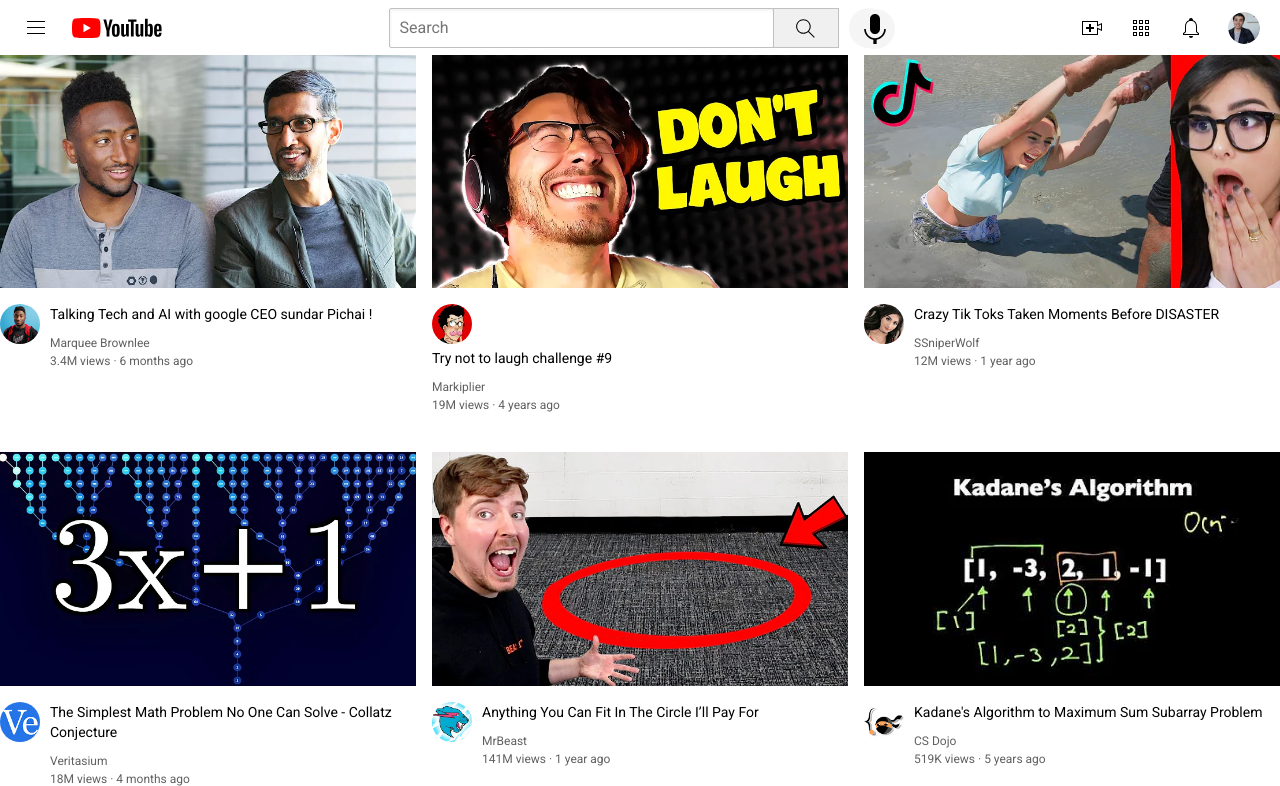
Repository: knowledgeAlan/html-css-thirteen
Page: youtube.html
These files come from the project's save history. The page is drawn as it stood at one moment and after the next save; the edit follows.
The browser window is 1280 px wide. The pictures show the whole page.

Above is the page before, as saved 2024-03-19 18:25:11.

After the next save:
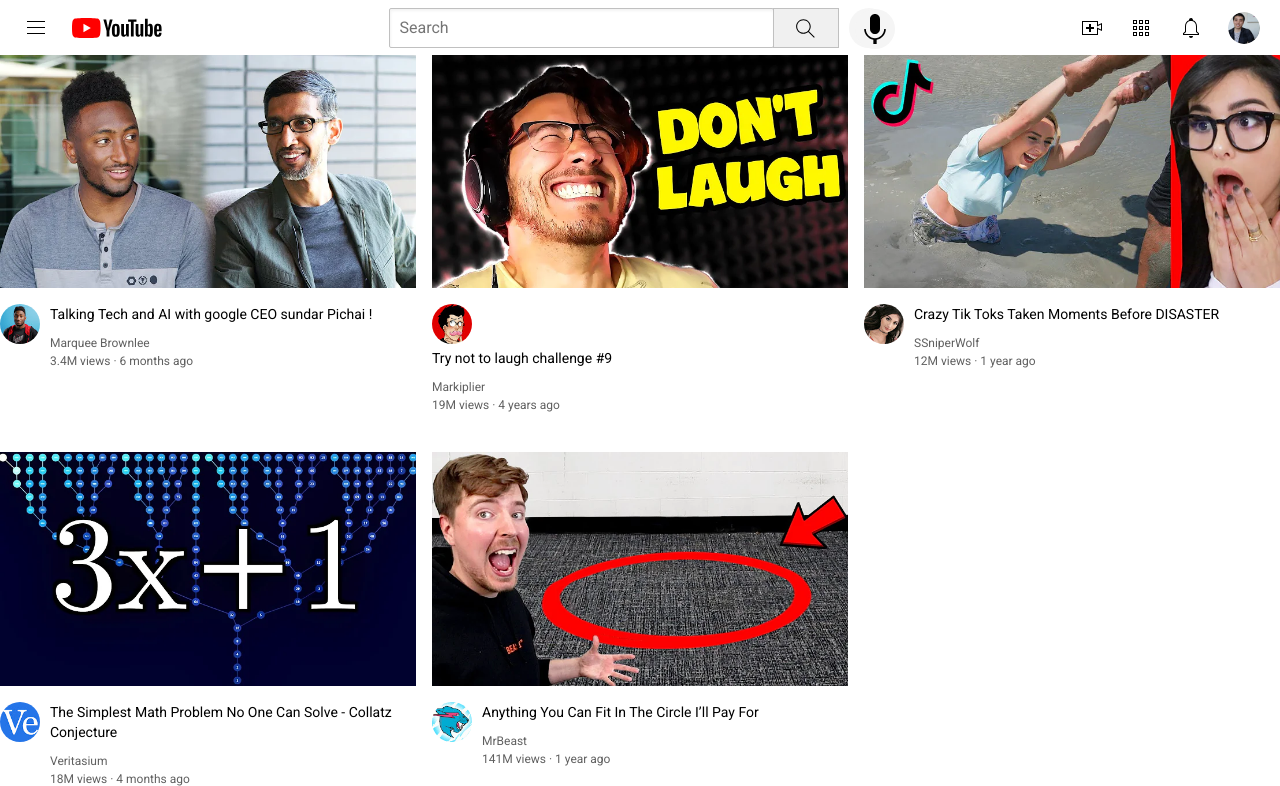
Saved 25 s later.
--- a/youtube.html
+++ b/youtube.html
@@ -189,35 +189,7 @@
                 </div>
 
             </div>
-            <div class="video-preview">
-                <div class="thumbnail-row">
-                    <img class="thumbnail" src="thumbnails/thumbnail-5.webp">
-                </div>
-
-
-
-                    <div class="video-info-grid">
-                        <div class="channel-picture">
-                            <img class="profile-picture" src="channel-pictures/channel-5.jpeg">
-                        </div>
-
-                        <div class="video-info">
-
-                            <p class="video-title">
-                                Kadane's Algorithm to Maximum Sum Subarray Problem
-                            </p>
-
-                            <p class="video-author">
-                                CS Dojo
-                            </p>
-
-                            <p class="video-stats">
-                                519K views &#183; 5 years ago
-                            </p>
-                        <div>
-
-              </div>
-            </div>
+
 
 
 

After the save that followed:
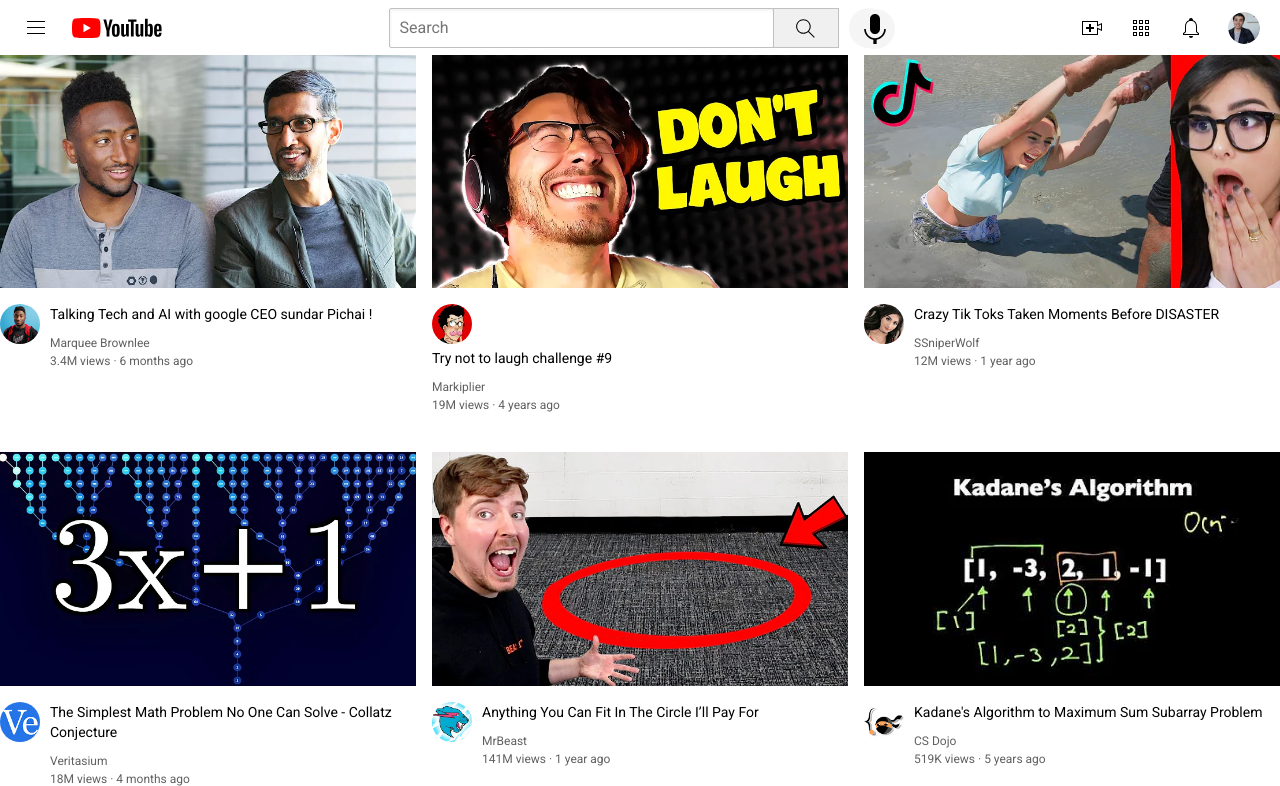
Saved 27 s later.
--- a/youtube.html
+++ b/youtube.html
@@ -189,7 +189,35 @@
                 </div>
 
             </div>
-
+            <div class="video-preview">
+                <div class="thumbnail-row">
+                    <img class="thumbnail" src="thumbnails/thumbnail-5.webp">
+                </div>
+
+
+
+                    <div class="video-info-grid">
+                        <div class="channel-picture">
+                            <img class="profile-picture" src="channel-pictures/channel-5.jpeg">
+                        </div>
+
+                        <div class="video-info">
+
+                            <p class="video-title">
+                                Kadane's Algorithm to Maximum Sum Subarray Problem
+                            </p>
+
+                            <p class="video-author">
+                                CS Dojo
+                            </p>
+
+                            <p class="video-stats">
+                                519K views &#183; 5 years ago
+                            </p>
+                        <div>
+
+              </div>
+            </div>
 
 
 
